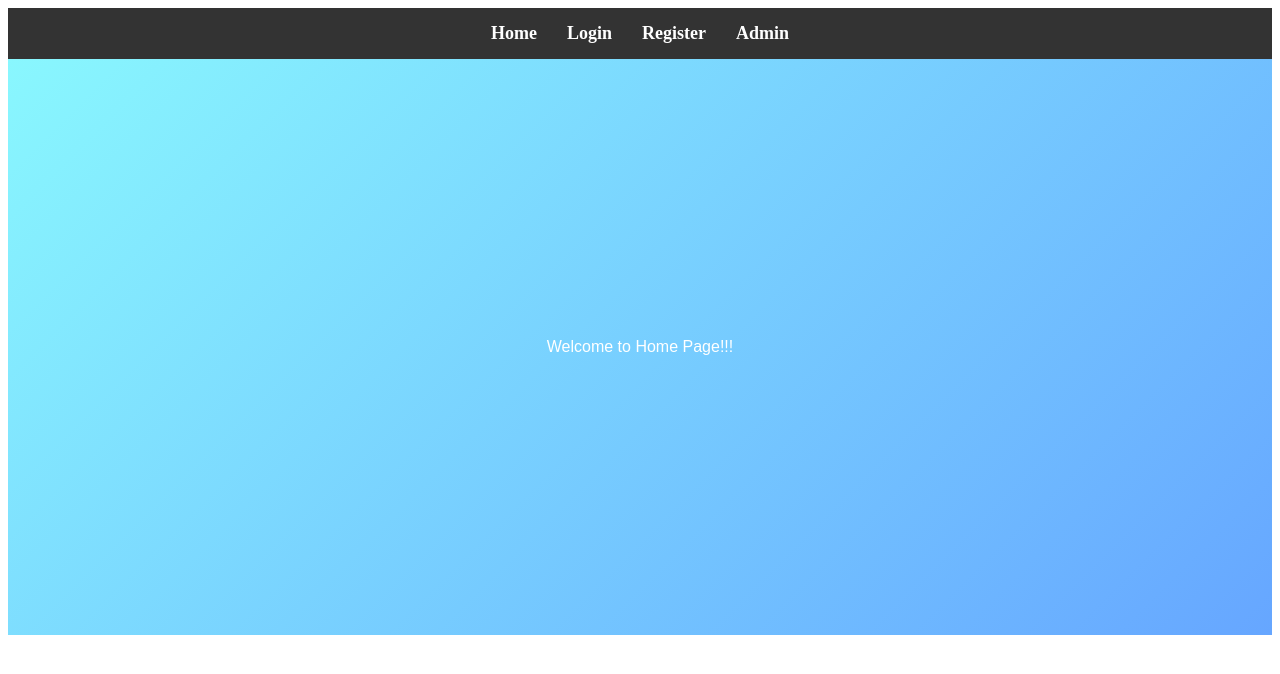
Repository: AhmedIbu/angular-login-app
Page: / (app in angular-login-app/)
An editor plug-in stored every save of this project. The page is shown before and after a run of saves, followed by the edit.
The browser window is 1280 px wide. The pictures show the whole page.
The project was rebuilt for these pictures with package versions that can differ from the ones it lists, and the page was loaded fresh each time. Also part of the build but not shown: angular-login-app/angular.json, angular-login-app/src/app/login/login.component.ts, angular-login-app/src/app/services/auth.service.ts, angular-login-app/src/app/register/register.component.ts, angular-login-app/src/app/services/user.service.ts, angular-login-app/src/app/admin-dashboard/admin-dashboard.component.ts, angular-login-app/src/app/admin-login/admin-login.component.ts, angular-login-app/src/app/user-dashboard/user-dashboard.component.ts.

Above is the page before, as saved 2025-02-21 11:10:28.

After the next 2 saves:
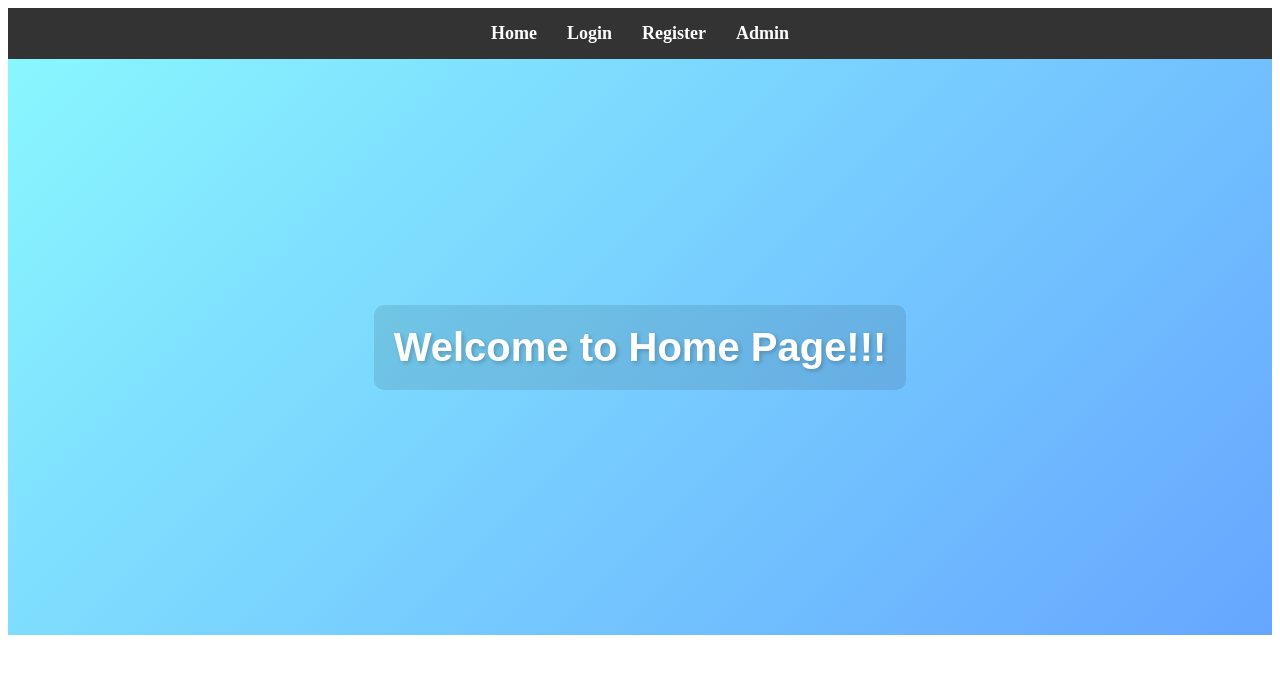
The 2 saves are shown as one change because they came seconds apart.
The last was saved 16 s later.
--- a/angular-login-app/src/app/home/home.component.html
+++ b/angular-login-app/src/app/home/home.component.html
@@ -1,3 +1,3 @@
 <div class="home-container">
-<p class="home">Welcome to Home Page!!!</p>
+<h1 class="home">Welcome to Home Page!!!</h1>
 </div>
